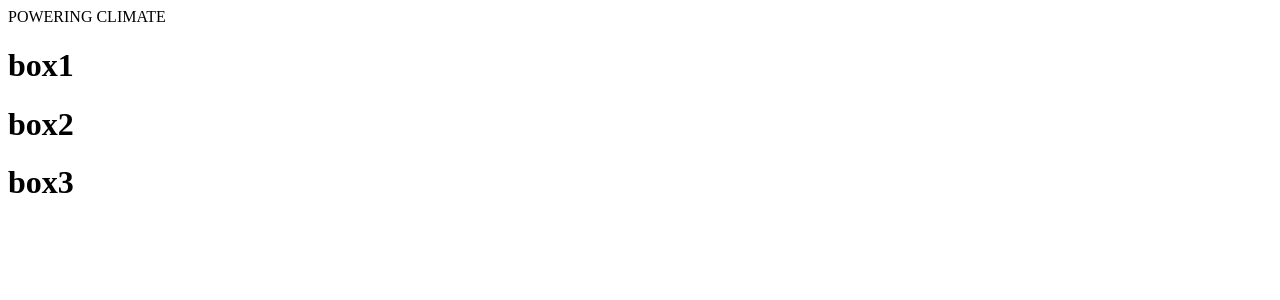
Repository: NavinDayanithi/static-web-design-competition
Page: index.html
An editor plug-in stored every save of this project. The page is shown before and after a run of saves, followed by the edit.
The browser window is 1280 px wide. The pictures show the whole page.

Above is the page before, as saved 2023-04-28 18:48:07.

After the next 2 saves:
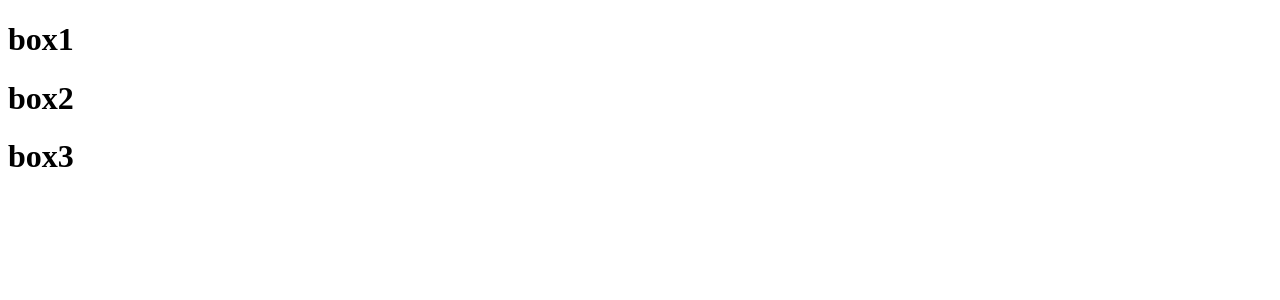
The 2 saves are shown as one change because they came seconds apart.
The last was saved 8 s later.
--- a/index.html
+++ b/index.html
@@ -1,7 +1,8 @@
 <!DOCTYPE html>
 <html lang="en">
 <head>
-  <title></title>POWERING CLIMATE
+  <title>POWERING CLIMATE </title>
+
 </head>
 <body>
     <div class="box1">
